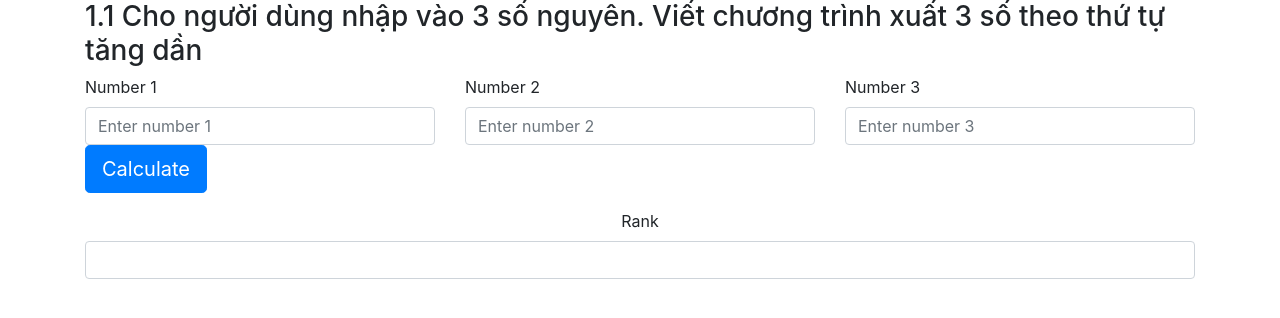
Repository: baobaodeveloper/bootscamp21__jsbasic__HuynhAnhBao
Page: index.html
An editor plug-in stored every save of this project. The page is shown before and after the next save, followed by the edit.
The browser window is 1280 px wide. The pictures show the whole page.

Above is the page before, as saved 2022-03-09 23:07:50.

After the next save:
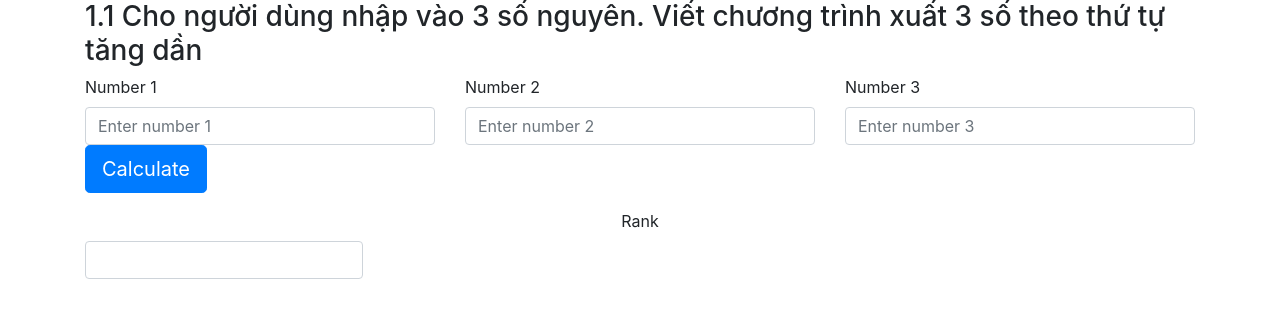
Saved 48 s later.
--- a/index.html
+++ b/index.html
@@ -55,7 +55,7 @@
 
       <div class="mt-3 text-center">
         <label class="form-label">Rank</label>
-        <input type="text" class="form-control" />
+        <input type="text" class="form-control w-25" />
       </div>
     </div>
     <!-- Optional JavaScript -->
